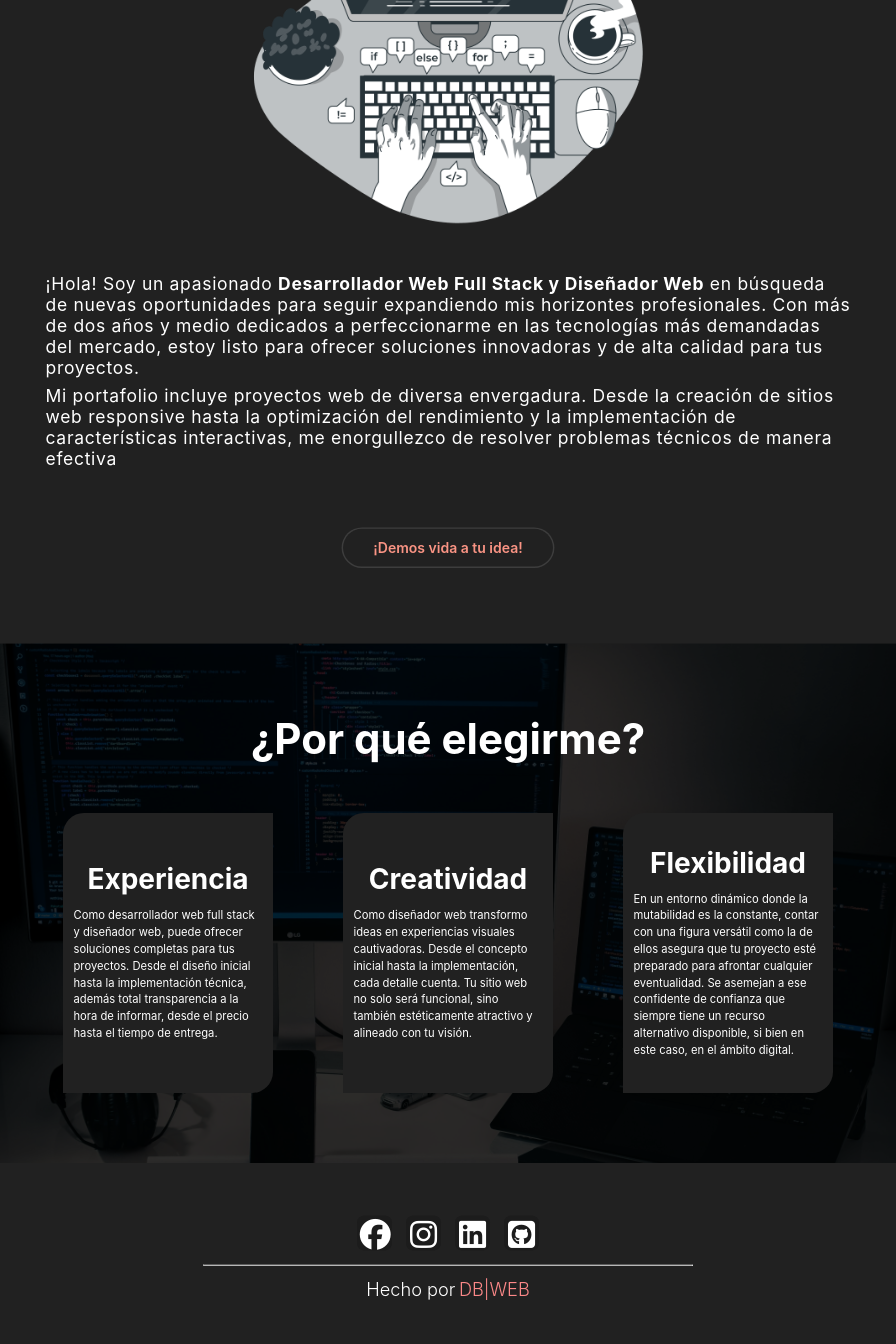
Repository: DamianBermudez94/DB-Porfolio
Page: /
The author's editor kept a copy of each file at every save. The page is drawn from the files as they stood at one save, then again after the next save.
The browser window is 1280 px wide. The pictures show the part of the page from y = 1229 to 3149 px (the page is 3149 px tall before and 3119 px after), at 70% of full size.
Backgrounds fixed to the window are drawn as part of the page. Some web libraries are served in a nearby version. The project was rebuilt for these pictures with package versions that can differ from the ones it lists, and the page was loaded fresh each time. Also part of the build but not shown: vite.config.js, src/components/Servicios/styles.css, src/components/Servicios/Service.jsx, src/pages/Servicios.jsx, src/components/Conocimientos/styles.css, src/components/Conocimientos/Conocimientos.jsx, src/pages/AcerdaDe.jsx, src/components/Contacto/styles.css and 7 more.

Above is the page before, as saved 2024-04-01 21:35:08.

After the next save:
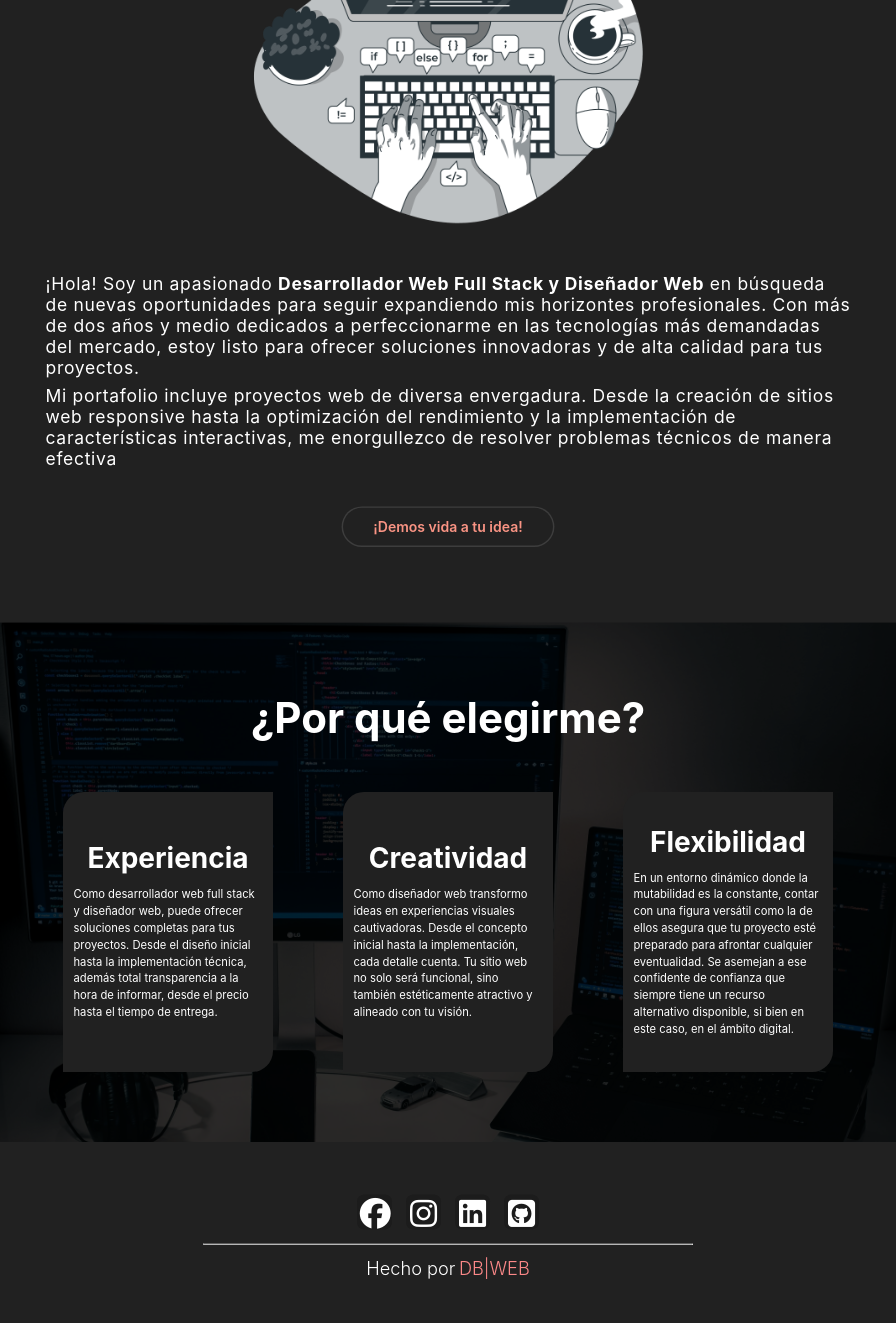
Saved 69 s later.
--- a/src/components/Home/Home.jsx
+++ b/src/components/Home/Home.jsx
@@ -82,28 +82,23 @@ export const Home = () => {
               alt="Developer Web Full Stack - Desarrollador Web Full stack - Paginas Web"
             />
           </figure>
-          <ul>
-            <li>
-              <p>
-                ¡Hola! Soy un apasionado{" "}
-                <strong>Desarrollador Web Full Stack y Diseñador Web</strong> en
-                búsqueda de nuevas oportunidades para seguir expandiendo mis
-                horizontes profesionales. Con más de dos años y medio dedicados
-                a perfeccionarme en las tecnologías más demandadas del mercado,
-                estoy listo para ofrecer soluciones innovadoras y de alta
-                calidad para tus proyectos.
-              </p>
-            </li>
-            <li>
-              <p>
-                Mi portafolio incluye proyectos web de diversa envergadura.
-                Desde la creación de sitios web responsive hasta la optimización
-                del rendimiento y la implementación de características
-                interactivas, me enorgullezco de resolver problemas técnicos de
-                manera efectiva
-              </p>
-            </li>
-          </ul>
+          <p>
+            ¡Hola! Soy un apasionado{" "}
+            <strong>Desarrollador Web Full Stack y Diseñador Web</strong> en
+            búsqueda de nuevas oportunidades para seguir expandiendo mis
+            horizontes profesionales. Con más de dos años y medio dedicados a
+            perfeccionarme en las tecnologías más demandadas del mercado, estoy
+            listo para ofrecer soluciones innovadoras y de alta calidad para tus
+            proyectos.
+          </p>
+
+          <p>
+            Mi portafolio incluye proyectos web de diversa envergadura. Desde la
+            creación de sitios web responsive hasta la optimización del
+            rendimiento y la implementación de características interactivas, me
+            enorgullezco de resolver problemas técnicos de manera efectiva
+          </p>
+
           <NavLink className="enlace-contacto animated-button" to="/contacto">
             <span>¡Demos vida a tu idea!</span>
             <span></span>
